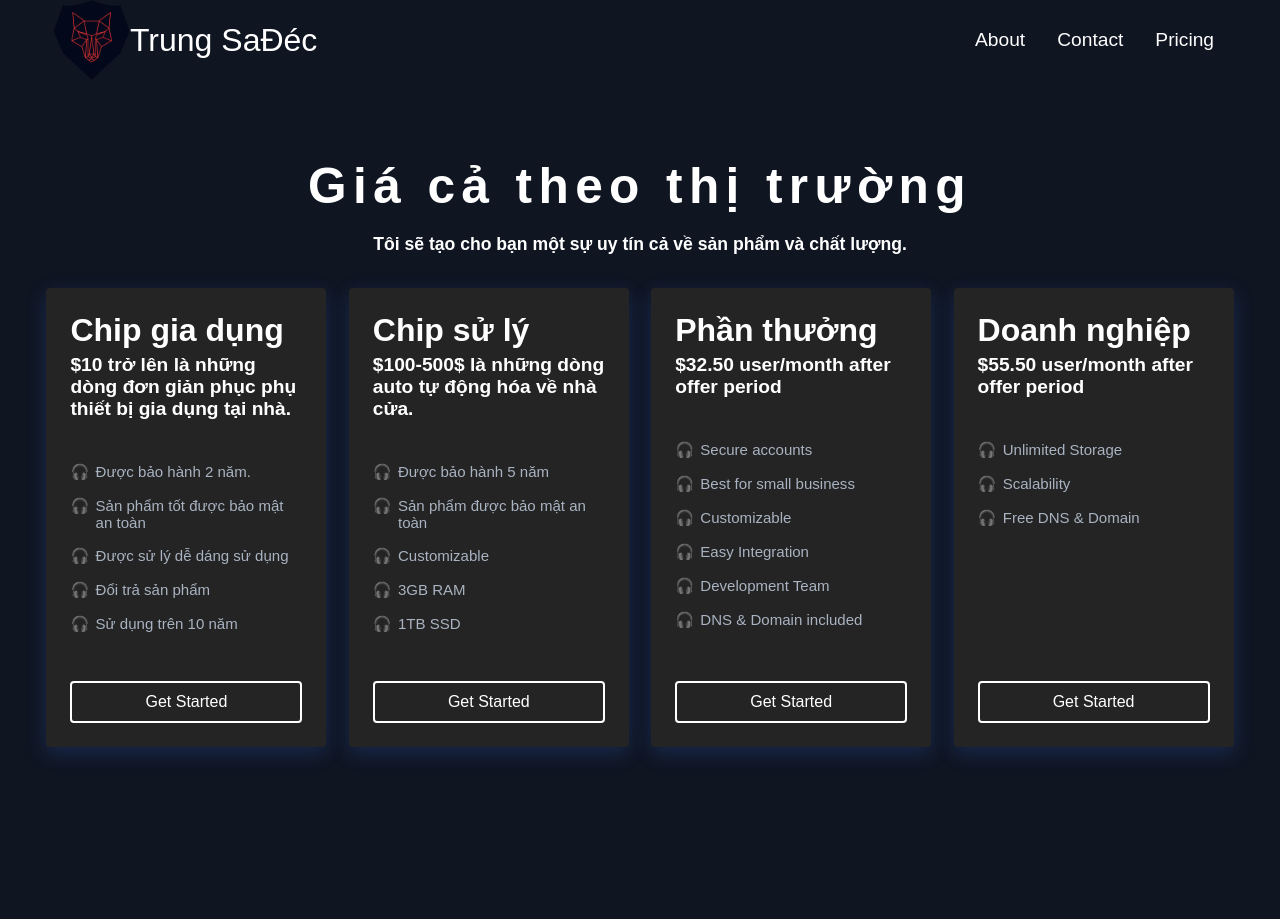
Repository: fdhhhdjd/Profile-Gift-B_H_Q_Trung
Page: /pricing
An editor plug-in stored every save of this project. The page is shown before and after the next save, followed by the edit.
The browser window is 1280 px wide. The pictures show the whole page.
The project was rebuilt for these pictures with package versions that can differ from the ones it lists, and the page was loaded fresh each time. Also part of the build but not shown: src/App.css, src/Pages/Home.js, src/Styles/HeroStyles.js, src/Components/Hero.js. Imported but missing from the stored project, and not drawn on this page: src/Pages/SignUpPage.

Above is the page before, as saved 2021-10-28 17:02:50.

After the next save:
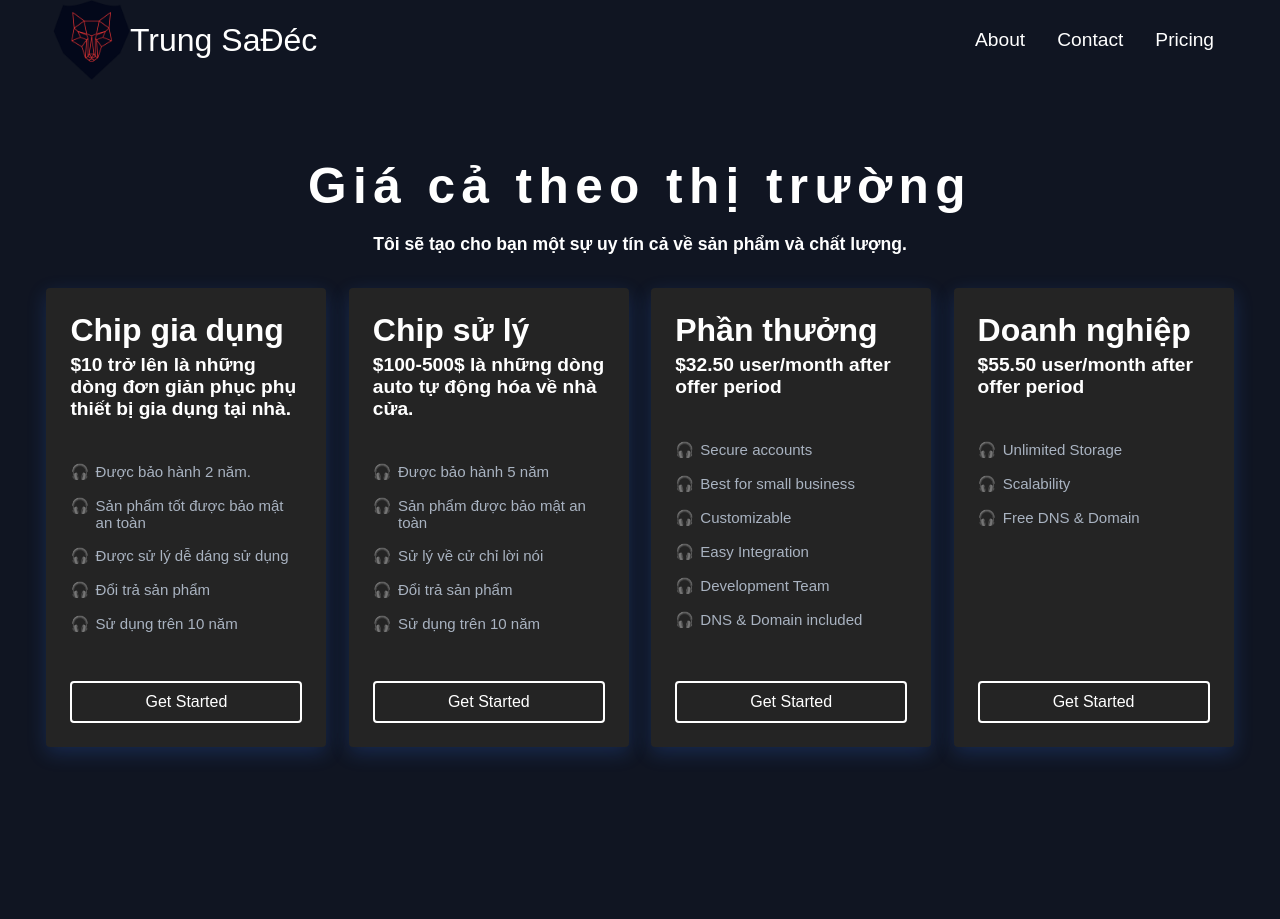
Saved 23 s later.
--- a/src/Data/PricingData.js
+++ b/src/Data/PricingData.js
@@ -18,9 +18,9 @@ export const pricingData = [
     features: [
       "Được bảo hành 5 năm",
       "Sản phẩm được bảo mật an toàn",
-      "Customizable",
-      "3GB RAM",
-      "1TB SSD",
+      "Sử lý về cử chỉ lời nói",
+      "Đổi trả sản phẩm",
+      "Sử dụng trên 10 năm",
     ],
   },
   {
